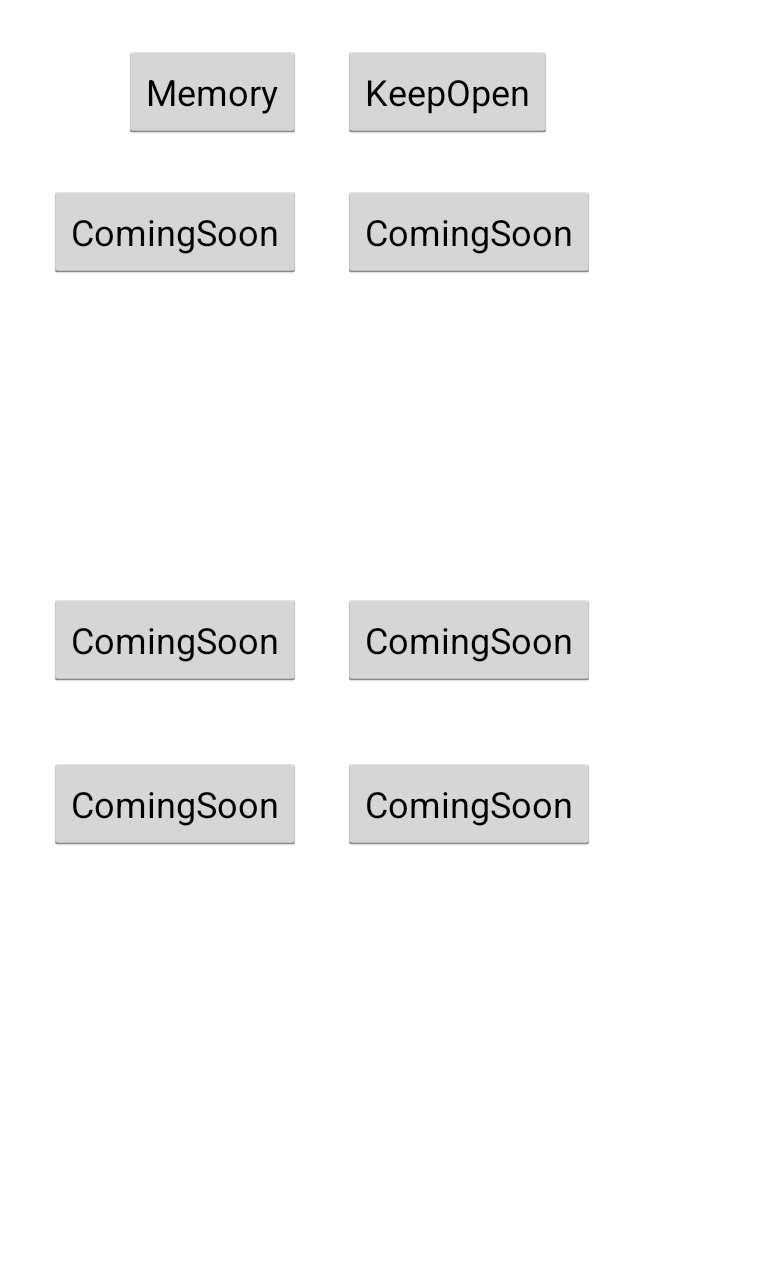
Repository: mpdehnel/seg
Layout: VectorOne/res/layout/activity_playground.xml
These files come from the project's save history. The layout is drawn as it stood at one moment and after the next save; the edit follows.
It is drawn on a 768 x 1280 px phone screen (xhdpi) without system bars, with theme AppTheme; the app's code is not run.

Above is the layout before, as saved 2013-02-15 01:02:17.

After the next save:
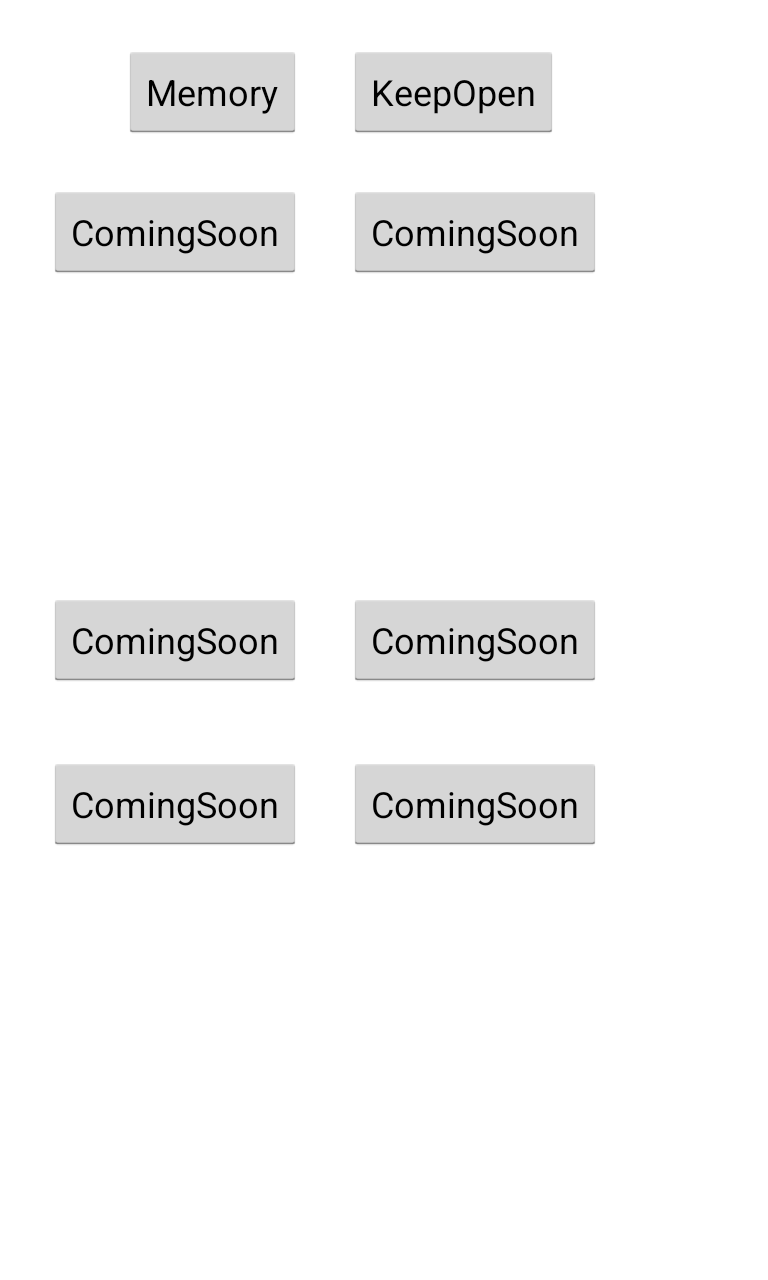
Saved 41 s later.
--- a/VectorOne/res/layout/activity_playground.xml
+++ b/VectorOne/res/layout/activity_playground.xml
@@ -28,7 +28,7 @@
         android:layout_height="wrap_content"
         android:layout_alignBaseline="@+id/memory_button"
         android:layout_alignBottom="@+id/memory_button"
-        android:layout_marginLeft="19dp"
+        android:layout_marginLeft="22dp"
         android:layout_toRightOf="@+id/memory_button"
         android:text="KeepOpen" />
 
